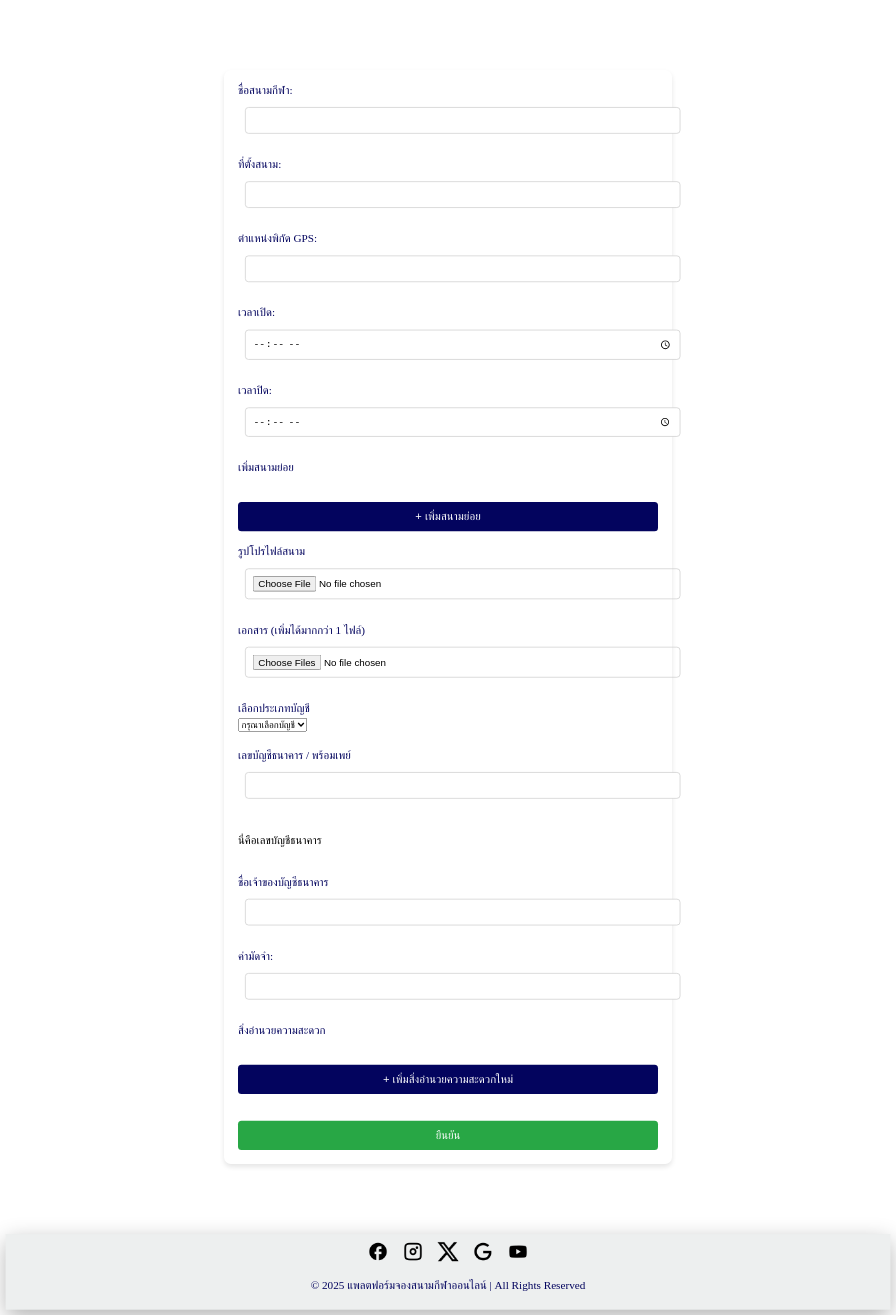
Repository: narawit101/project2
Page: /register-field (app in frontend/)
An editor plug-in stored every save of this project. The page is shown before and after the next save, followed by the edit.
The browser window is 1280 px wide. The pictures show the whole page, at 70% of full size.
The page's requests for data from a server got no answer. The project was rebuilt for these pictures with package versions that can differ from the ones it lists, and the page was loaded fresh each time. The framework's server and built-in components were replaced by stand-ins that run in the browser. No one was signed in, and anything a server would have sent is missing. Also part of the build but not shown: frontend/next.config.js, frontend/next.config.mjs, frontend/src/app/globals.css.

Above is the page before, as saved 2025-03-19 11:45:49.

After the next save:
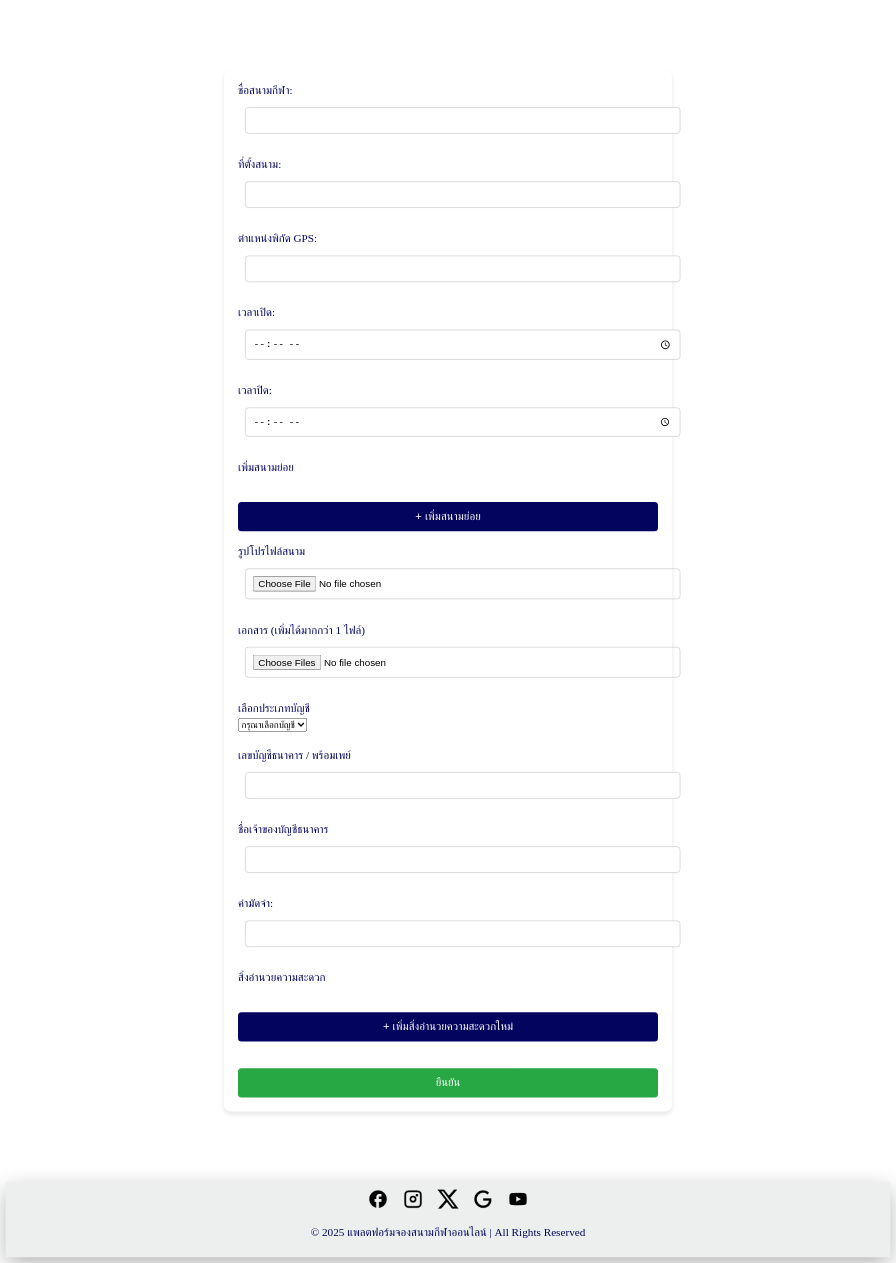
Saved 72 s later.
--- a/frontend/src/app/components/RegisterFieldForm.jsx
+++ b/frontend/src/app/components/RegisterFieldForm.jsx
@@ -448,26 +448,17 @@
                 (!isPromptPay && length !== 12) || // ถ้าเป็นบัญชีธนาคารต้อง 12 หลัก
                 (isPromptPay && length !== 10 && length !== 13) // ถ้าเป็นพร้อมเพย์ต้อง 10 หรือ 13 หลัก
               ) {
+                setMessage("เลขที่กรอกไม่ถูกต้อง กรุณากรอกให้ตรงกับเงื่อนไข");
                 <div>
-  {/* แสดงข้อความ error */}
-  {message && <p className="error-message">{message}</p>}
-</div>
-                setMessage("เลขที่กรอกไม่ถูกต้อง กรุณากรอกให้ตรงกับเงื่อนไข");
+                {/* แสดงข้อความ error */}
+                {message && <p className="error-message">{message}</p>}
+              </div>
                 setFieldData({ ...fieldData, number_bank: "" }); // เคลียร์ค่า
               }
             }}
             maxLength={13} // ✅ จำกัดสูงสุดที่ 13 หลัก
           />
         </div>
-
-        <div className="input-group">
-          <p>
-            {fieldData.name_bank === "พร้อมเพย์"
-              ? "นี่คือหมายเลขพร้อมเพย์"
-              : "นี่คือเลขบัญชีธนาคาร"}
-          </p>
-        </div>
-
         <div className="input-group">
           <label htmlFor="bank">ชื่อเจ้าของบัญชีธนาคาร</label>
           <input

After the 2 saves that followed:
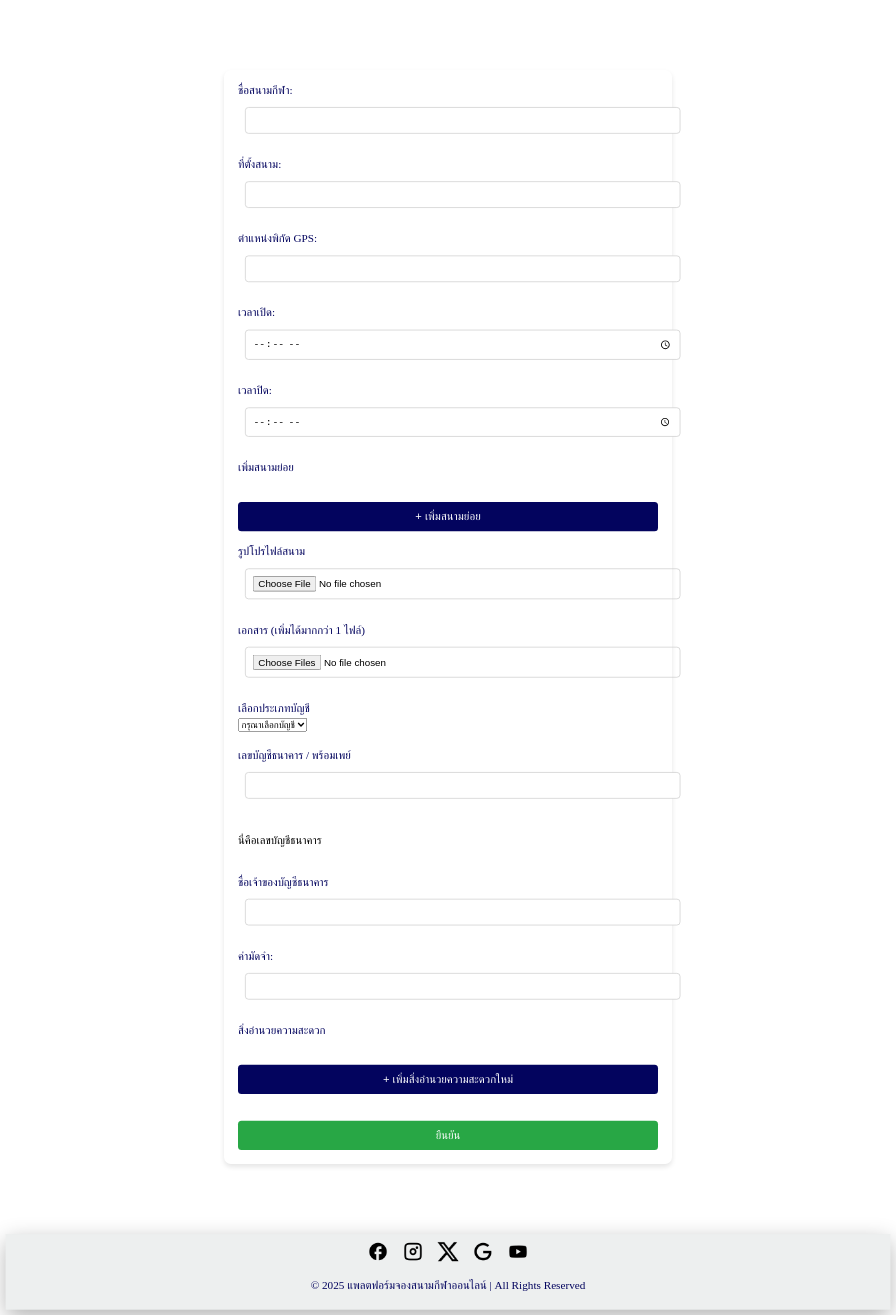
The 2 saves are shown as one change because 1 left the picture as it was.
The last was saved 76 s later.
--- a/frontend/src/app/components/RegisterFieldForm.jsx
+++ b/frontend/src/app/components/RegisterFieldForm.jsx
@@ -448,17 +448,26 @@
                 (!isPromptPay && length !== 12) || // ถ้าเป็นบัญชีธนาคารต้อง 12 หลัก
                 (isPromptPay && length !== 10 && length !== 13) // ถ้าเป็นพร้อมเพย์ต้อง 10 หรือ 13 หลัก
               ) {
+                <div>
+  {/* แสดงข้อความ error */}
+  {message && <p className="error-message">{message}</p>}
+</div>
                 setMessage("เลขที่กรอกไม่ถูกต้อง กรุณากรอกให้ตรงกับเงื่อนไข");
-                <div>
-                {/* แสดงข้อความ error */}
-                {message && <p className="error-message">{message}</p>}
-              </div>
                 setFieldData({ ...fieldData, number_bank: "" }); // เคลียร์ค่า
               }
             }}
             maxLength={13} // ✅ จำกัดสูงสุดที่ 13 หลัก
           />
         </div>
+
+        <div className="input-group">
+          <p>
+            {fieldData.name_bank === "พร้อมเพย์"
+              ? "นี่คือหมายเลขพร้อมเพย์"
+              : "นี่คือเลขบัญชีธนาคาร"}
+          </p>
+        </div>
+
         <div className="input-group">
           <label htmlFor="bank">ชื่อเจ้าของบัญชีธนาคาร</label>
           <input
